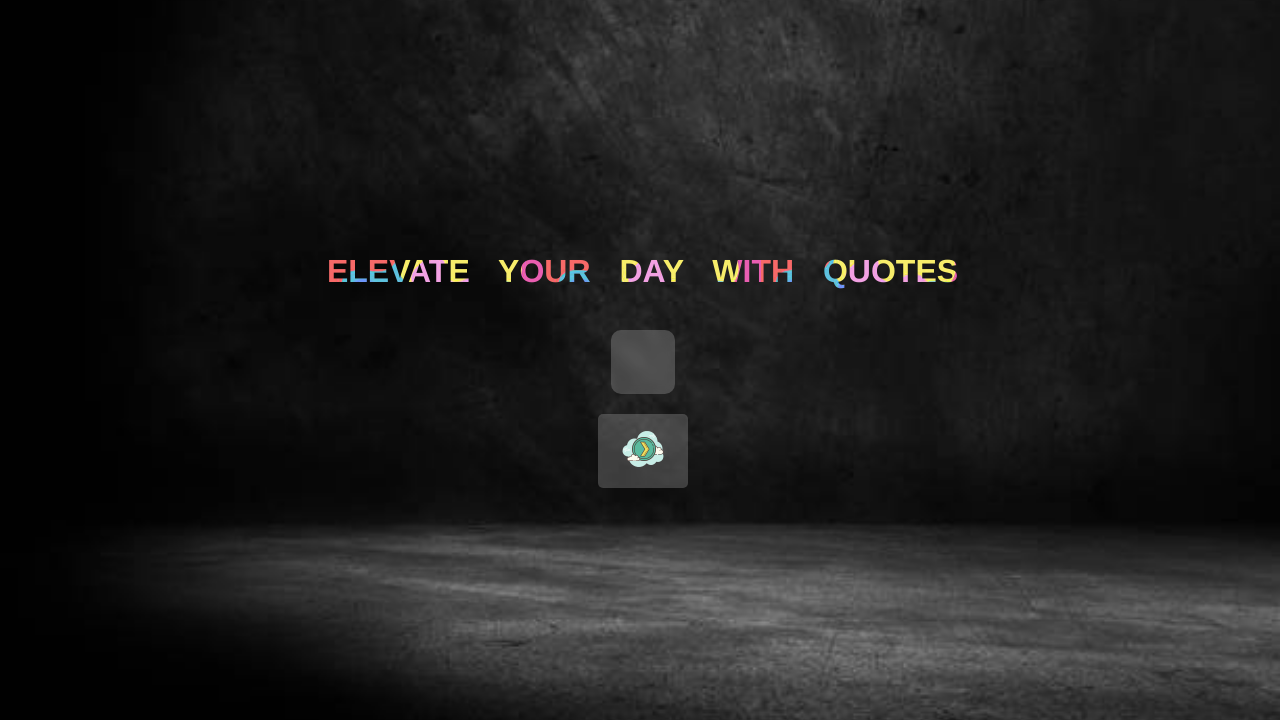
Repository: Bhavik-Sanghar/Quote-app
Page: /
An editor plug-in stored every save of this project. The page is shown before and after the next save, followed by the edit.
The browser window is 1280 px wide. The pictures show the whole page.
The page's requests for data from a server got no answer. The project was rebuilt for these pictures with package versions that can differ from the ones it lists, and the page was loaded fresh each time. No one was signed in, and anything a server would have sent is missing. Also part of the build but not shown: src/styles.css.

Above is the page before, as saved 2023-08-18 17:32:34.

### src/App.js
import React from 'react';
import './styles.css';
import QuoteComponent from './components/NewQuote'

function App() {
  return (
    <div className="App">

      <QuoteComponent/>


    </div>
  );
}

export default App;

### src/components/NewQuote.js
import React, { useEffect, useState } from "react";
import axios from "axios";
import './New.css';
import next from '../next.png'

const QuoteComponent = () => {
  const [quotes, setQuotes] = useState([]);
  const category = "inspirational";
  const apiKey = "EgtS4gqLsbjvHM2bBjKwBA==PYmsGLFQFXQzq0Na";

  useEffect(() => {
    fetchQuotes();
  }, []);

  const fetchQuotes = async () => {
    try {
      const response = await axios.get(
        `https://api.api-ninjas.com/v1/quotes?category=${category}&limit=1`, // Fetching 5 quotes
        {
          headers: { "X-Api-Key": apiKey },
        }
      );
      setQuotes(response.data);
    } catch (error) {
      console.error("Error: ", error);
    }
  };

  const handleFetchNewQuotes = () => {
    setQuotes([]); // Clear previous quotes immediately
    fetchQuotes();
  };

  return (
    <div className="quote-container">
      <h1>Elevate Your Day with Quotes</h1>
      <div className="card-container">
        {quotes.map((quote, index) => (
          <div key={index} className="card">
            <p className="quote-text">{quote.quote}</p>
            <p className="author">- {quote.author}</p>
          </div>
        ))}
      </div>
      <button className="fetch-button" onClick={handleFetchNewQuotes}>
        <img id='next' src={next}/>
      </button>
    </div>
  );
};

export default QuoteComponent;

### src/components/New.css
.quote-container {
  padding: auto;
  padding-left: 5px;
  display: flex;
  flex-direction: column;
  justify-content: center;
  align-items: center;
  min-height: 100vh;
  background-image: url(./bg2.jpg);
  background-size: cover;
  background-repeat: no-repeat;
  background-position: center; /* Prevent the background from repeating */ /* Center the background image */
  color: white;
  position: relative; /* Required for positioning pseudo-element */
  overflow: hidden; /* Hide overflowing pseudo-element content */
}

.quote-container h1 {
  z-index: 2;
  margin: 20px;
  background-image: url(./h1.jpg);
  background-repeat: repeat;
  opacity: 0;
  -webkit-background-clip: text;
  -webkit-text-fill-color: transparent;
  text-align: center;
  word-spacing: 20px;
  font-weight: bold;
  text-transform: uppercase;
  font-family: "Steelfish Rg", "helvetica neue";
  font-weight: 800;
  -webkit-font-smoothing: antialiased;
  transition: background-color 0.3s ease-in-out;
  animation: fadeInHeading 2s ease-in-out 0.5s forwards;
}

.card:hover {
  /* Example animation - scale up on hover */
  transform: scale(1.03);
  transition: transform 0.3s ease-in-out;
}

.author:hover {
  /* Example animation - change text color on hover */
  color: #00e5ff; /* Change to your desired color */
  transition: color 0.3s ease-in-out;
}
.quote-container h1:hover {
  font-size: 4em;
  transition: font-size 2s ease-in-out;
}

.fetch-button {
  opacity: 0;
  animation: fadeInQuotes 3s ease-in-out 1s forwards;
  background-color: hsla(0, 0%, 100%, 0.2);
  border: none;
  color: white;
  cursor: pointer;
  font-size: 16px;
  padding: 10px 20px;
  border-radius: 5px;
  transition: background-color 0.3s ease-in-out;
}

.fetch-button:hover {
  background-color: rgba(255, 255, 255, 0.1);
}

.card-container {
  opacity: 0;
  z-index: 2;
  margin: 20px;
  backdrop-filter: blur(5px);
  background-color: hsla(0, 0%, 100%, 0.2);
  border-radius: 10px;
  padding: 2rem;
  font-size: larger;
  font-family: "Times New Roman", Times, serif;
  opacity: 0; /* Set initial opacity to 0 */
  animation: fadeInQuotes 3s ease-in-out 1s forwards,
    fadeInBackground 3s ease-in-out 1s forwards;
  position: relative; /* Ensure proper z-index behavior */
}

#next{
  width: 50px;
  height: 50px;
}

@keyframes fadeInHeading {
  from {
    opacity: 0;
    transform: translateY(-20px);
  }
  to {
    opacity: 1;
    transform: translateY(0);
  }
}

@keyframes fadeInQuotes {
  from {
    opacity: 0;
    transform: translateY(20px);
  }
  to {
    opacity: 1;
    transform: translateY(0);
  }
}

@keyframes fadeInBackground {
  from {
    opacity: 0;
  }
  to {
    opacity: 1;
  }
}

Loaded but not shown: public/index.html (common file); src/index.js (common file); src/index.css (common file); src/reportWebVitals.js (common file)

After the next save:
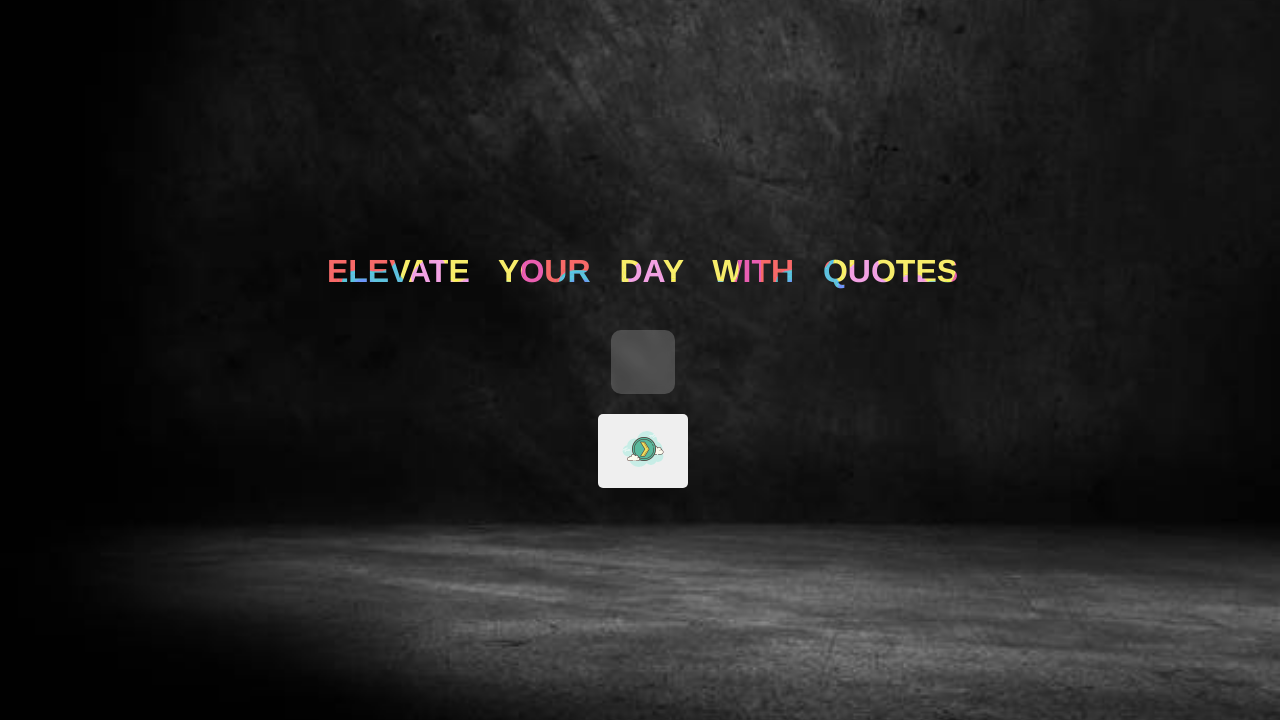
Saved 2 min 26 s later.
--- a/src/components/New.css
+++ b/src/components/New.css
@@ -53,7 +53,7 @@
 .fetch-button {
   opacity: 0;
   animation: fadeInQuotes 3s ease-in-out 1s forwards;
-  background-color: hsla(0, 0%, 100%, 0.2);
+  /* background-color: hsla(0, 0%, 100%, 0.2); */
   border: none;
   color: white;
   cursor: pointer;
